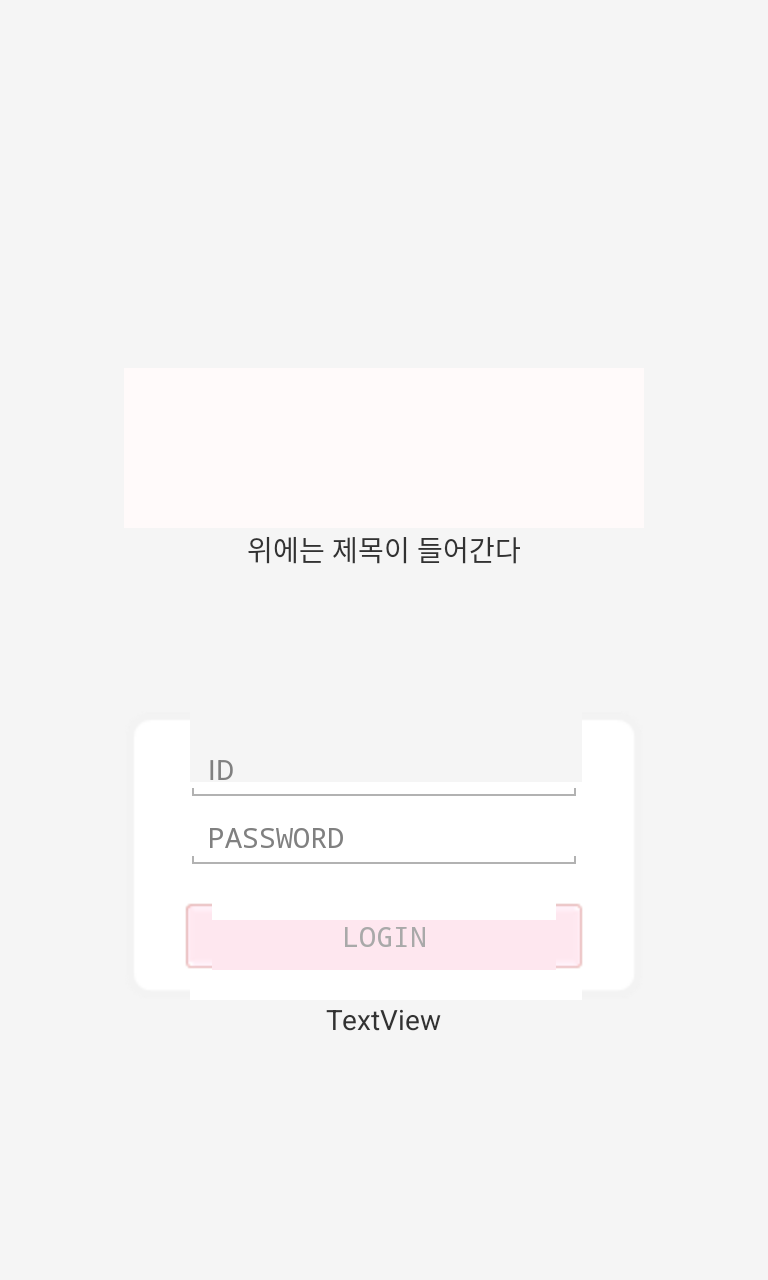
Repository: blacky512/smart_morning_call
Layout: client/SmartMorningCall/res/layout/activity_main.xml
The author's editor kept a copy of each file at every save. The layout is drawn from the files as they stood at one save, then again after the next save.
It is drawn on a 768 x 1280 px phone screen (xhdpi) without system bars, with theme AppTheme; the app's code is not run.

Above is the layout before, as saved 2013-02-14 15:06:38.

### client/SmartMorningCall/res/layout/activity_main.xml
<RelativeLayout xmlns:android="http://schemas.android.com/apk/res/android"
    xmlns:tools="http://schemas.android.com/tools"
    android:id="@+id/RelativeLayout1"
    android:layout_width="match_parent"
    android:layout_height="match_parent"
    android:background="#f5f5f5"
    tools:context=".MainActivity" >

    <RelativeLayout
        android:id="@+id/mainRL"
        android:layout_width="260dp"
        android:layout_height="360dp"
        android:layout_centerHorizontal="true"
        android:layout_centerVertical="true" >

        <RelativeLayout
            android:id="@+id/RelativeLayout2"
            android:layout_width="match_parent"
            android:layout_height="match_parent"
            android:layout_centerHorizontal="true"
            android:layout_centerVertical="true"
            android:gravity="bottom"
            android:orientation="vertical" >

            <FrameLayout
                android:id="@+id/titleFrame"
                android:layout_width="match_parent"
                android:layout_height="80dp"
                android:layout_alignParentTop="true"
                android:layout_centerHorizontal="true"
                android:layout_gravity="center_horizontal"
                android:background="#fffafa" >
            </FrameLayout>

            <TextView
                android:id="@+id/texttitle"
                android:layout_width="wrap_content"
                android:layout_height="wrap_content"
                android:layout_below="@+id/titleFrame"
                android:layout_centerHorizontal="true"
                android:layout_gravity="center_horizontal"
                android:text="위에는 제목이 들어간다" />

            <LinearLayout
                android:id="@+id/LinearLayout1"
                android:layout_width="match_parent"
                android:layout_height="wrap_content"
                android:layout_alignParentLeft="true"
                android:layout_below="@+id/texttitle"
                android:layout_gravity="bottom"
                android:layout_marginTop="70dp"
                android:background="@drawable/te"
                android:orientation="vertical"
                android:paddingBottom="15dp"
                android:paddingLeft="30dp"
                android:paddingRight="30dp"
                android:paddingTop="15dp" >

                <LinearLayout
                    android:layout_width="match_parent"
                    android:layout_height="wrap_content" >

                    <EditText
                        android:id="@+id/editText1"
                        android:layout_width="match_parent"
                        android:layout_height="wrap_content"
                        android:layout_weight="1"
                        android:ems="10"
                        android:hint="ID"
                        android:includeFontPadding="false"
                        android:textSize="14dp" >
                    </EditText>
                </LinearLayout>

                <LinearLayout
                    android:layout_width="match_parent"
                    android:layout_height="wrap_content" >

                    <EditText
                        android:id="@+id/editText2"
                        android:layout_width="match_parent"
                        android:layout_height="wrap_content"
                        android:layout_weight="1"
                        android:ems="10"
                        android:hint="PASSWORD"
                        android:inputType="textPassword"
                        android:textSize="14dp"
                        android:typeface="monospace" >
                    </EditText>
                </LinearLayout>

                <Button
                    android:id="@+id/button1"
                    android:layout_width="match_parent"
                    android:layout_height="34dp"
                    android:layout_marginTop="15dp"
                    android:background="@drawable/bn"
                    android:padding="0dp"
                    android:text="LOGIN"
                    android:textColor="#a9a9a9"
                    android:textSize="14dp"
                    android:textStyle="normal"
                    android:typeface="monospace" />
            </LinearLayout>
        </RelativeLayout>
    </RelativeLayout>

    <TextView
        android:id="@+id/textView1"
        android:layout_width="wrap_content"
        android:layout_height="wrap_content"
        android:layout_below="@+id/relativeLayout3"
        android:layout_centerHorizontal="true"
        android:text="TextView"
        android:layout_below="@+id/mainRL"/>

</RelativeLayout>

Loaded but not shown: client/SmartMorningCall/res/values/styles.xml (common file); client/SmartMorningCall/res/values-v11/styles.xml (common file); client/SmartMorningCall/res/values-v14/styles.xml (common file)

After the next save:
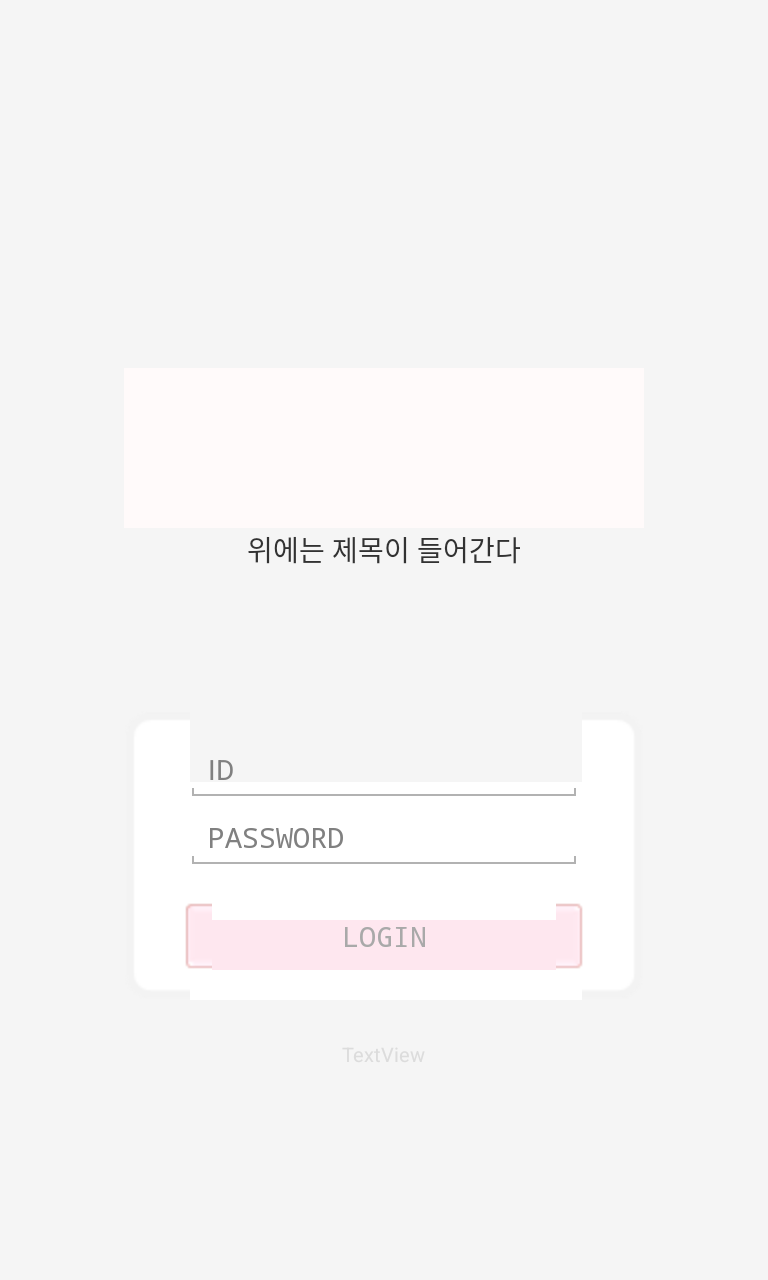
Saved 68 s later.
--- a/client/SmartMorningCall/res/layout/activity_main.xml
+++ b/client/SmartMorningCall/res/layout/activity_main.xml
@@ -109,9 +109,11 @@
         android:id="@+id/textView1"
         android:layout_width="wrap_content"
         android:layout_height="wrap_content"
-        android:layout_below="@+id/relativeLayout3"
+        android:layout_below="@+id/mainRL"
         android:layout_centerHorizontal="true"
+        android:layout_marginTop="20dp"
         android:text="TextView"
-        android:layout_below="@+id/mainRL"/>
+        android:textSize="10dp"
+        android:textColor="#dcdcdc"/>
 
 </RelativeLayout>
